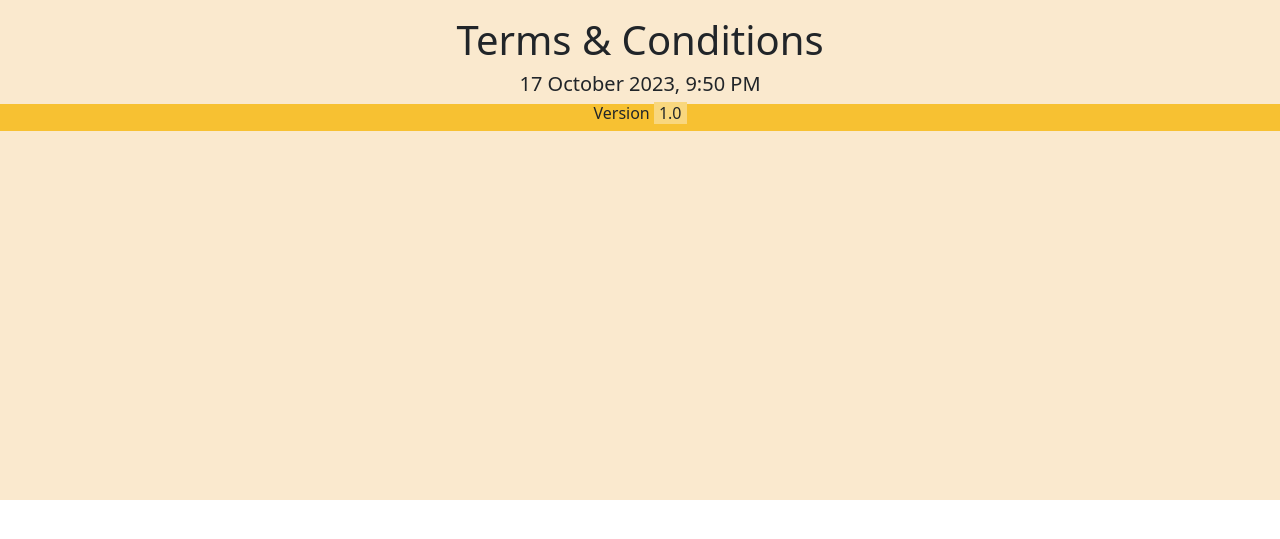
Repository: injectGroup/github.io
Page: terms.html
These files come from the project's save history. The page is drawn as it stood at one moment and after the next save; the edit follows.
The browser window is 1280 px wide. The pictures show the whole page.

Above is the page before, as saved 2023-11-30 07:24:58.

### terms.html
<!doctype html>
<html lang="en">

<head>
    <meta charset="utf-8">
    <meta name="viewport" content="width=device-width, initial-scale=1">
    <title>Bootstrap demo</title>
    <!-- GOULD CUSTOM CSS-->
    <link rel="stylesheet" href="/gouldwalletlegal/css/gouldcustom.css">
    <!--- BOOTSTRAP CDN -->
    <link href="https://cdn.jsdelivr.net/npm/bootstrap@5.3.2/dist/css/bootstrap.min.css" rel="stylesheet"
        integrity="sha384-T3c6CoIi6uLrA9TneNEoa7RxnatzjcDSCmG1MXxSR1GAsXEV/Dwwykc2MPK8M2HN" crossorigin="anonymous">
</head>

<body>
    <!-- Content here -->
    <div class="container-fluid text-center terms-content">
        <div class="row align-items-center">
            <div class="col align-self-center">
                <h1 class="text-center">
                    Terms & Conditions
                </h1>
            </div>
        </div>
        <div class="row align-items-center">
            <h5 class="version-date">
                17 October 2023, 9:50 PM
            </h5>
            <div class="col align-self-center version">
                <h6 class="text-center">
                    Version
                    <span class="version-number">1.0</span>
                </h6>
            </div>

        </div>
    </div>
    <!-- BOOTSTRAP JS-->
    <script src="https://cdn.jsdelivr.net/npm/bootstrap@5.3.2/dist/js/bootstrap.bundle.min.js"
        integrity="sha384-C6RzsynM9kWDrMNeT87bh95OGNyZPhcTNXj1NW7RuBCsyN/o0jlpcV8Qyq46cDfL"
        crossorigin="anonymous"></script>
</body>

</html>

### gouldwalletlegal/css/gouldcustom.css
/*
 *AUTHOR: Abdulkadir Mohammed @ Inject
 *DATE: Wed 29 November 2023
  *
 *This is a custom css for gould wallet.
 */
/*****************************
 *********** HEAD ***********
 *****************************/
.terms-content {
    background-color: #FAE9CE;
    padding: 16px 0px 16px 0px;
    height: 500px;
    width: 100%;
    padding-right: 15px;
    padding-left: 15px;
    margin-right: auto;
    margin-left: auto;
    display: block;
    box-sizing: border-box;
}

.version {
    background-color: #F7C132;
    width: 100px;
}

.version-number {
    background-color: #F9D77E;
    padding-left: 5px;
    padding-right: 5px;
}


/*****************************
  *********** BODY ***********
 *****************************/

/*****************************
 *********** FOOTER ***********
*****************************/

After the next save:
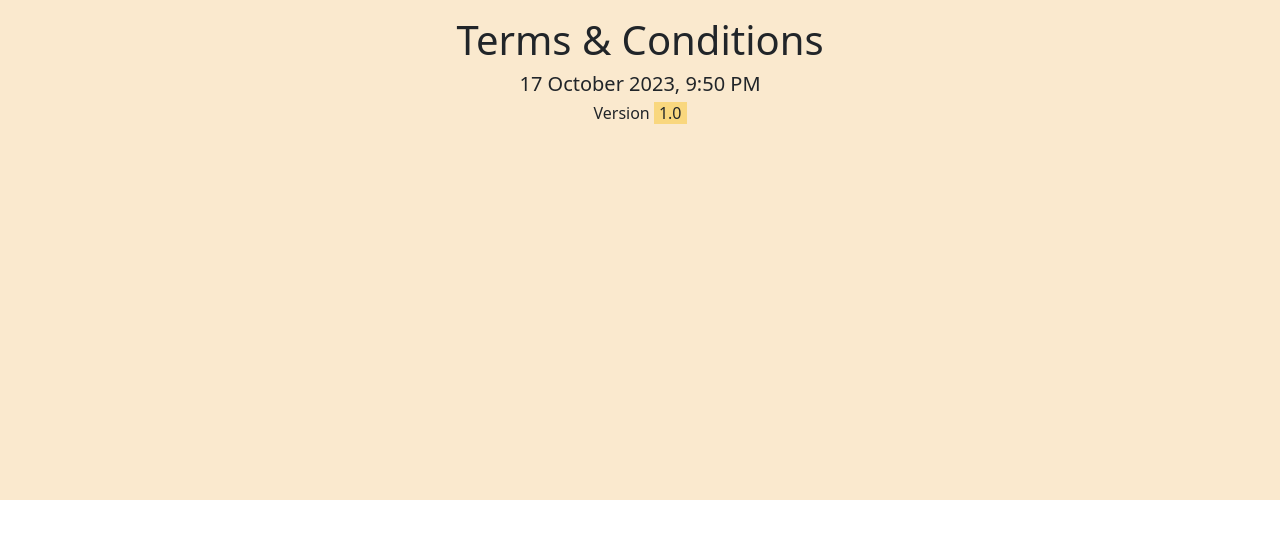
Saved 15 s later.
--- a/terms.html
+++ b/terms.html
@@ -26,7 +26,7 @@
             <h5 class="version-date">
                 17 October 2023, 9:50 PM
             </h5>
-            <div class="col align-self-center version">
+            <div class="col align-self-center">
                 <h6 class="text-center">
                     Version
                     <span class="version-number">1.0</span>
